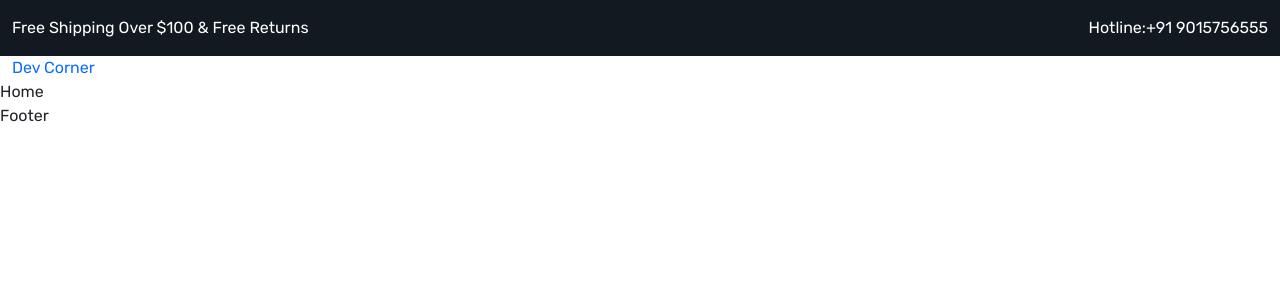
Repository: anamikatomar21/demo
Page: /
An editor plug-in stored every save of this project. The page is shown before and after a run of saves, followed by the edit.
The browser window is 1280 px wide. The pictures show the whole page.
The project was rebuilt for these pictures with package versions that can differ from the ones it lists, and the page was loaded fresh each time. Also part of the build but not shown: src/pages/About.js, src/pages/Contact.js.

Above is the page before, as saved 2023-05-13 13:27:05.

After the next 4 saves:
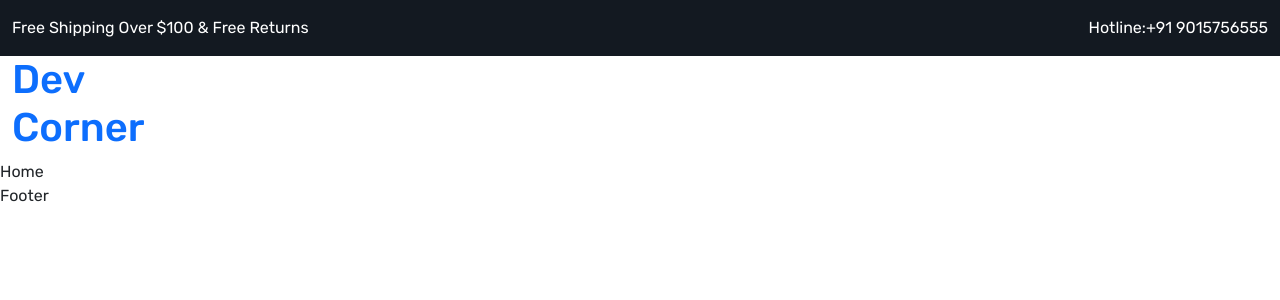
The 4 saves are shown as one change because they came seconds apart.
The last was saved 34 min 22 s later.
--- a/src/components/Header.js
+++ b/src/components/Header.js
@@ -28,7 +28,9 @@
         <div className="container-xxl">
           <div className="row">
             <div className="col-2">
-              <Link>Dev Corner</Link>
+              <h1>
+                <Link>Dev Corner</Link>
+              </h1>
             </div>
             <div className="col-5"></div>
             <div className="col-5"></div>
